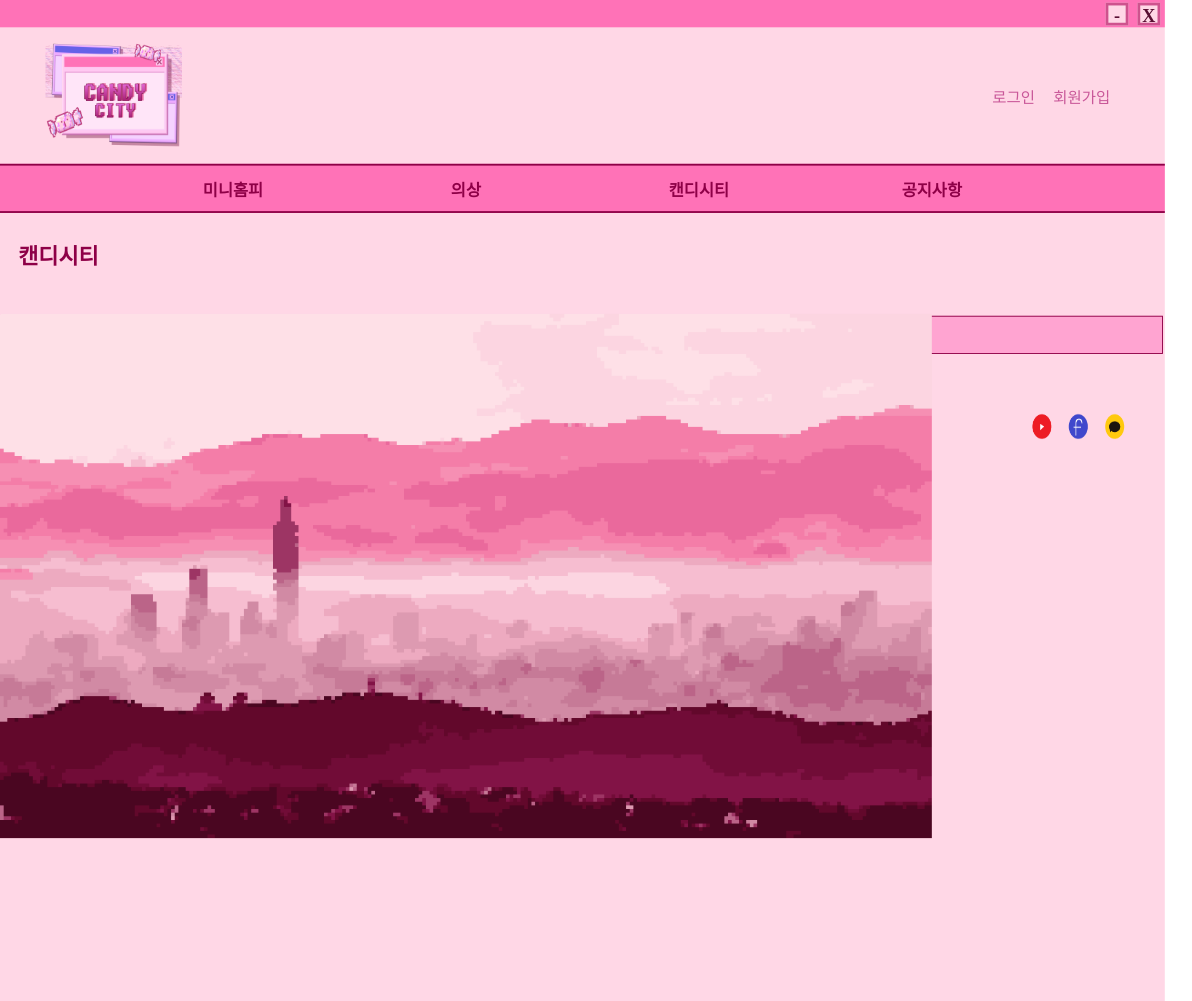
Repository: chanbiM/candyCityProject
Page: http://localhost/CandyCityProj/getCandyCityList
The author's editor kept a copy of each file at every save. The page is drawn from the files as they stood at one save, then again after the next save.
The browser window is 1280 px wide. The page is 1310 px wide, so the pictures cover 1310 px, including what lies to the right of the window. The pictures show the whole page, at 91% of full size.
Some web fonts or font styles are not loaded; a fallback is used. The page is served by Tomcat 9. Queries for data that is not in the repository find no rows.

Above is the page before, as saved 2022-11-20 05:42:00.

After the next save:
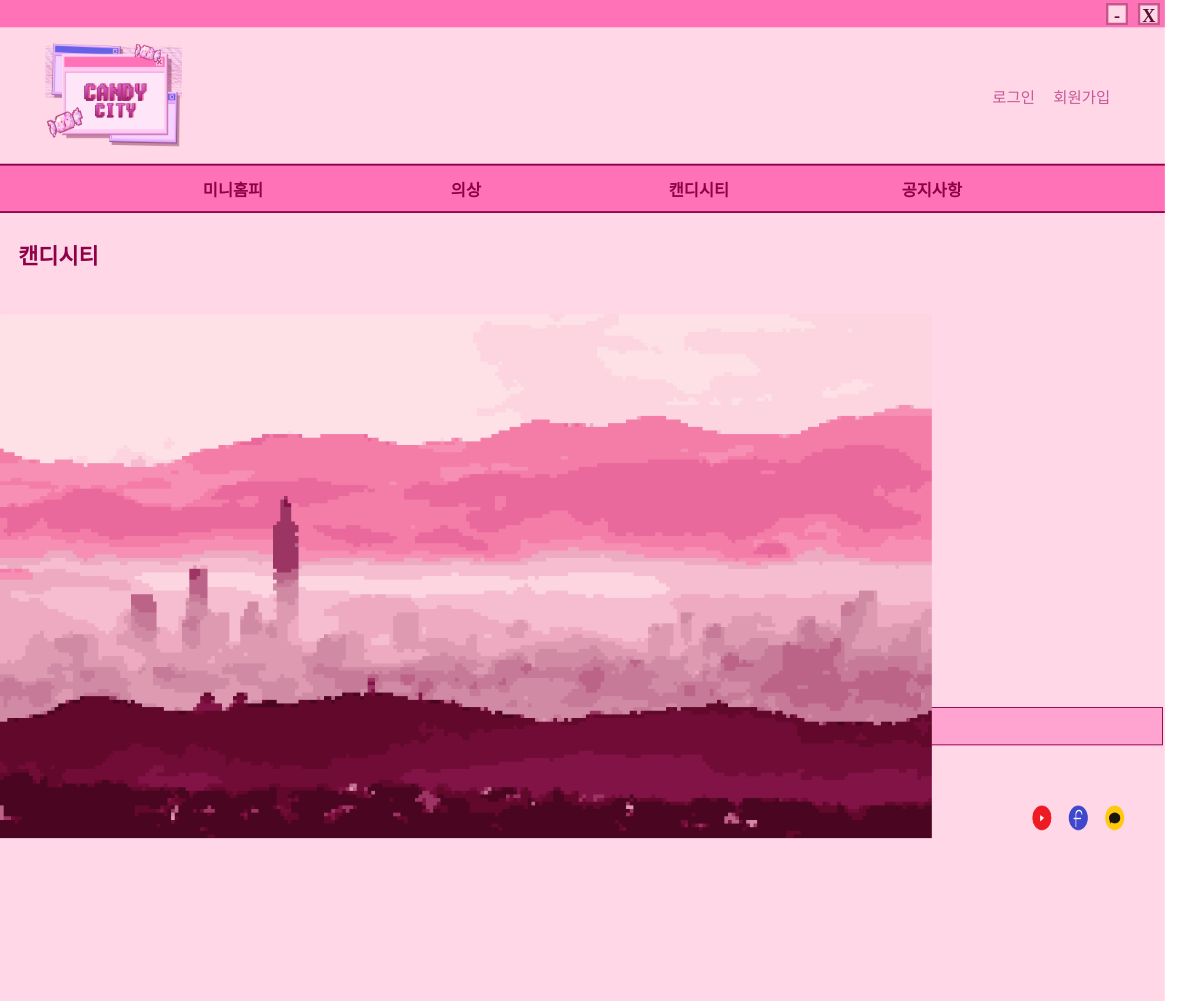
Saved 26 s later.
--- a/CandyCityProj/WebContent/member/character/candyCity.jsp
+++ b/CandyCityProj/WebContent/member/character/candyCity.jsp
@@ -23,7 +23,11 @@
 %>
 	<h2>캔디시티</h2> <br>
 
-	<img alt="캔디시티 배경" src="/images/candycityBack.png" id="candy_back">
+	<div class="candyCity">
+
+		<img alt="캔디시티 배경" src="/images/candycityBack.png" id="candy_back">
+	</div>
+
 
 
 
